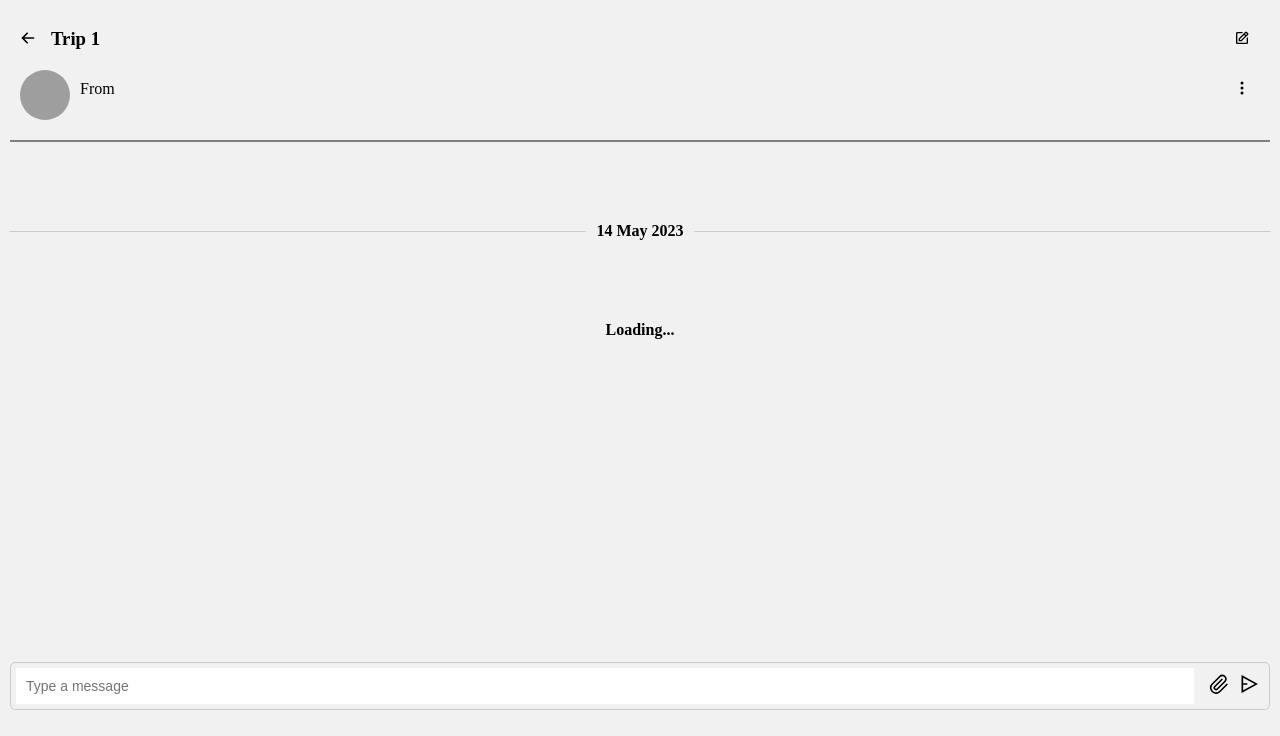
Repository: Abhi2359/PWA_Corider
Page: /
The author's editor kept a copy of each file at every save. The page is drawn from the files as they stood at one save, then again after a run of saves.
The browser window is 1280 px wide. The pictures show the whole page.
Pictures or frames that could not be fetched are drawn as grey boxes. The page's requests for data from a server got no answer. The project was rebuilt for these pictures with package versions that can differ from the ones it lists, and the page was loaded fresh each time. No one was signed in, and anything a server would have sent is missing. Also part of the build but not shown: vite.config.js, src/chatInput/Chat.css, src/chatInput/Chat.jsx.

Above is the page before, as saved 2023-05-14 20:15:44.

After the next 3 saves:
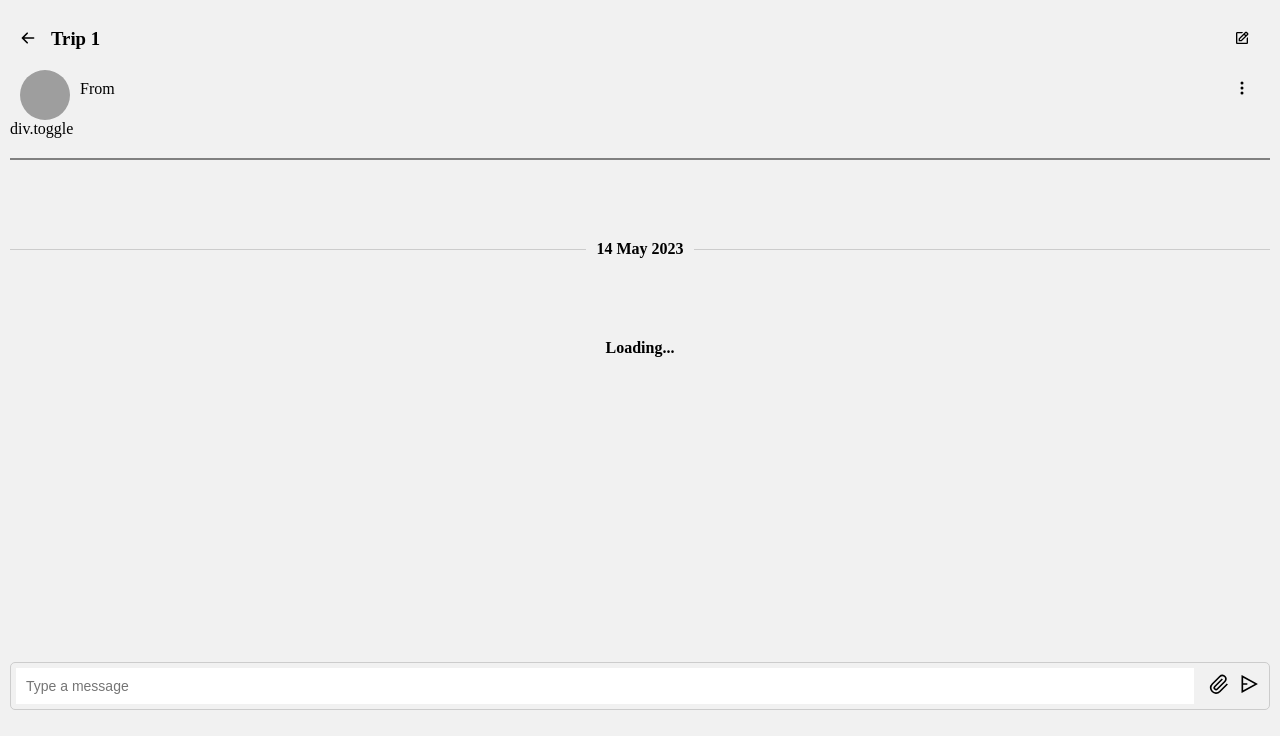
The 3 saves are shown as one change because they came seconds apart.
The last was saved 14 s later.
--- a/src/Header/Header.jsx
+++ b/src/Header/Header.jsx
@@ -36,7 +36,7 @@
             <BsThreeDotsVertical />
           </div>
         </div>
-
+        div.toggle
         <div className="horizontal_line">
 
         <div className="line"></div>

After the 3 saves that followed:
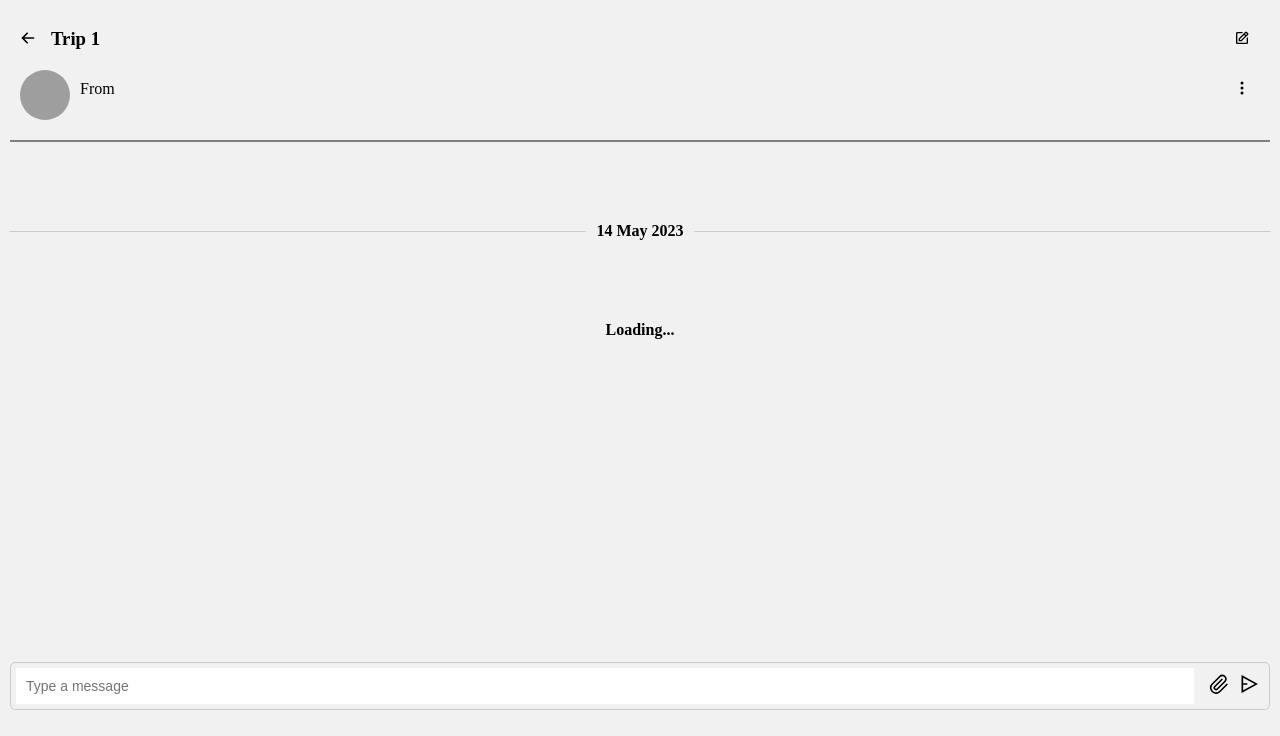
The 3 saves are shown as one change because they came seconds apart.
The last was saved 9 s later.
--- a/src/Header/Header.jsx
+++ b/src/Header/Header.jsx
@@ -36,7 +36,9 @@
             <BsThreeDotsVertical />
           </div>
         </div>
-        div.toggle
+        <div className="toggle-card">
+        {isCardVisible && <Card />}
+        </div>
         <div className="horizontal_line">
 
         <div className="line"></div>
